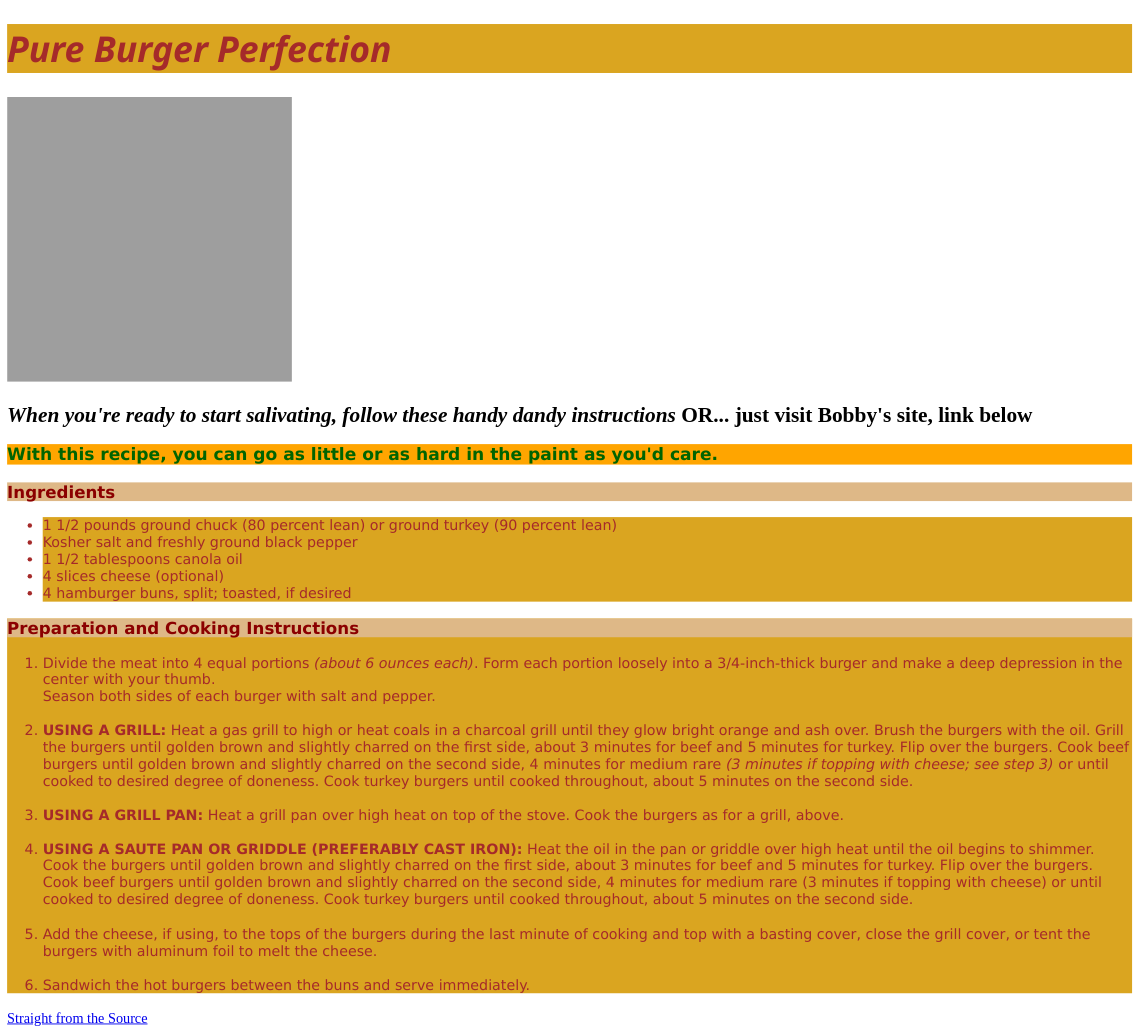
Repository: Spencertainty/practice-time
Page: member-spencer-odin-recipes/recipes/hamburgers.html
These files come from the project's save history. The page is drawn as it stood at one moment and after the next save; the edit follows.
The browser window is 1280 px wide. The pictures show the whole page, at 89% of full size.
Pictures or frames that could not be fetched are drawn as grey boxes.

Above is the page before, as saved 2024-01-10 15:54:07.

### member-spencer-odin-recipes/recipes/hamburgers.html
<!DOCTYPE html>
<!--[if lt IE 7]>      <html class="no-js lt-ie9 lt-ie8 lt-ie7"> <![endif]-->
<!--[if IE 7]>         <html class="no-js lt-ie9 lt-ie8"> <![endif]-->
<!--[if IE 8]>         <html class="no-js lt-ie9"> <![endif]-->
<!--[if gt IE 8]>      <html class="no-js"> <!--<![endif]-->
<html>
    <head>
        <meta charset="utf-8">
        <meta http-equiv="X-UA-Compatible" content="IE=edge">
        <title>hamburgers</title>
        <meta name="description" content="">
        <meta name="viewport" content="width=device-width, initial-scale=1">
        <link rel="stylesheet" href="burger.css">
    </head>

    <body>
        <!--[if lt IE 7]>
            <p class="browsehappy">You are using an <strong>outdated</strong> browser. Please <a href="#">upgrade your browser</a> to improve your experience.</p>
        <![endif]-->
        <h1><b>Pure Burger Perfection</b></h1>

<img src="../links-and-images/Cheeseburger.jpg" alt="the perfect burger" height="320" width="320">
<br>
<h2><em>When you're ready to start salivating, follow these handy dandy instructions</em> OR... just visit Bobby's site, link below</h2>
<p>With this recipe, you can go as little or as hard in the paint as you'd care.</p>
<h3>Ingredients</h3>
<ul>
    <div>
    <li>1 1/2 pounds ground chuck (80 percent lean) or ground turkey (90 percent lean) </li>
    <li>Kosher salt and freshly ground black pepper</li>
    <li>1 1/2 tablespoons canola oil</li>
    <li>4 slices cheese (optional)</li>
    <li>4 hamburger buns, split; toasted, if desired</li>
</div>
</ul>
<div>
<h3>Preparation and Cooking Instructions</h3>
<ol>
    <li>Divide the meat into 4 equal portions <em>(about 6 ounces each)</em>. Form each portion loosely into a 3/4-inch-thick burger and make a deep depression in the center with your thumb.
        <br>Season both sides of each burger with salt and pepper.</br></li>
    <p>

    </p><li><strong> USING A GRILL:</strong> Heat a gas grill to high or heat coals in a charcoal grill until they glow bright orange and ash over.
        Brush the burgers with the oil. Grill the burgers until golden brown and slightly charred on the first side, about 3 minutes for beef and 5 minutes for turkey.
        Flip over the burgers. Cook beef burgers until golden brown and slightly charred on the second side, 4 minutes for medium rare <em>(3 minutes if topping with cheese; see step 3)</em> or until cooked to desired degree of doneness.
        Cook turkey burgers until cooked throughout, about 5 minutes on the second side.</li>
    <p>    <li><b>USING A GRILL PAN:</b> Heat a grill pan over high heat on top of the stove. Cook the burgers as for a grill, above.</li></p>
    <li><strong> USING A SAUTE PAN OR GRIDDLE (PREFERABLY CAST IRON):</strong> Heat the oil in the pan or griddle over high heat until the oil begins to shimmer. Cook the burgers until golden brown and slightly charred on the first side, about 3 minutes for beef and 5 minutes for turkey.
        Flip over the burgers. Cook beef burgers until golden brown and slightly charred on the second side, 4 minutes for medium rare (3 minutes if topping with cheese) or until cooked to desired degree of doneness. Cook turkey burgers until cooked throughout, about 5 minutes on the second side.</li>
        <p><li>Add the cheese, if using, to the tops of the burgers during the last minute of cooking and top with a basting cover, close the grill cover, or tent the burgers with aluminum foil to melt the cheese.</p></li>
    <p><li>Sandwich the hot burgers between the buns and serve immediately.</li>        </p>
    </ol>
</div>
        <a href="https://www.foodnetwork.com/recipes/bobby-flay/perfect-burger-recipe-1957542" target="_blank" rel="noopener noreferrer">Straight from the Source</a>
        <script src="" async defer></script>

    </body>
</html>

### member-spencer-odin-recipes/recipes/burger.css
/* Apply Font Color to Title */

div {
    color: brown;
    background-color: goldenrod;
    text-align: left;
    font-family: Verdana, Geneva, Tahoma, sans-serif;
}

h1 {
    font-style: italic;
    font-family: 'Segoe UI', Tahoma, Geneva, Verdana, sans-serif;
    color: brown;
    font-size: 40px;
    background-color: goldenrod;
}

h2 {

}
h3 {
    font-family: 'Lucida Sans', 'Lucida Sans Regular', 'Lucida Grande', 'Lucida Sans Unicode', Geneva, Verdana, sans-serif;
    color: darkred;
    background-color: burlywood;

}

p {font-family: 'Lucida Sans', 'Lucida Sans Regular', 'Lucida Grande', 'Lucida Sans Unicode', Geneva, Verdana, sans-serif;
    color: darkgreen;
    background-color: orange;
    font-weight: bolder;
    font-size: larger;
}

After the next save:
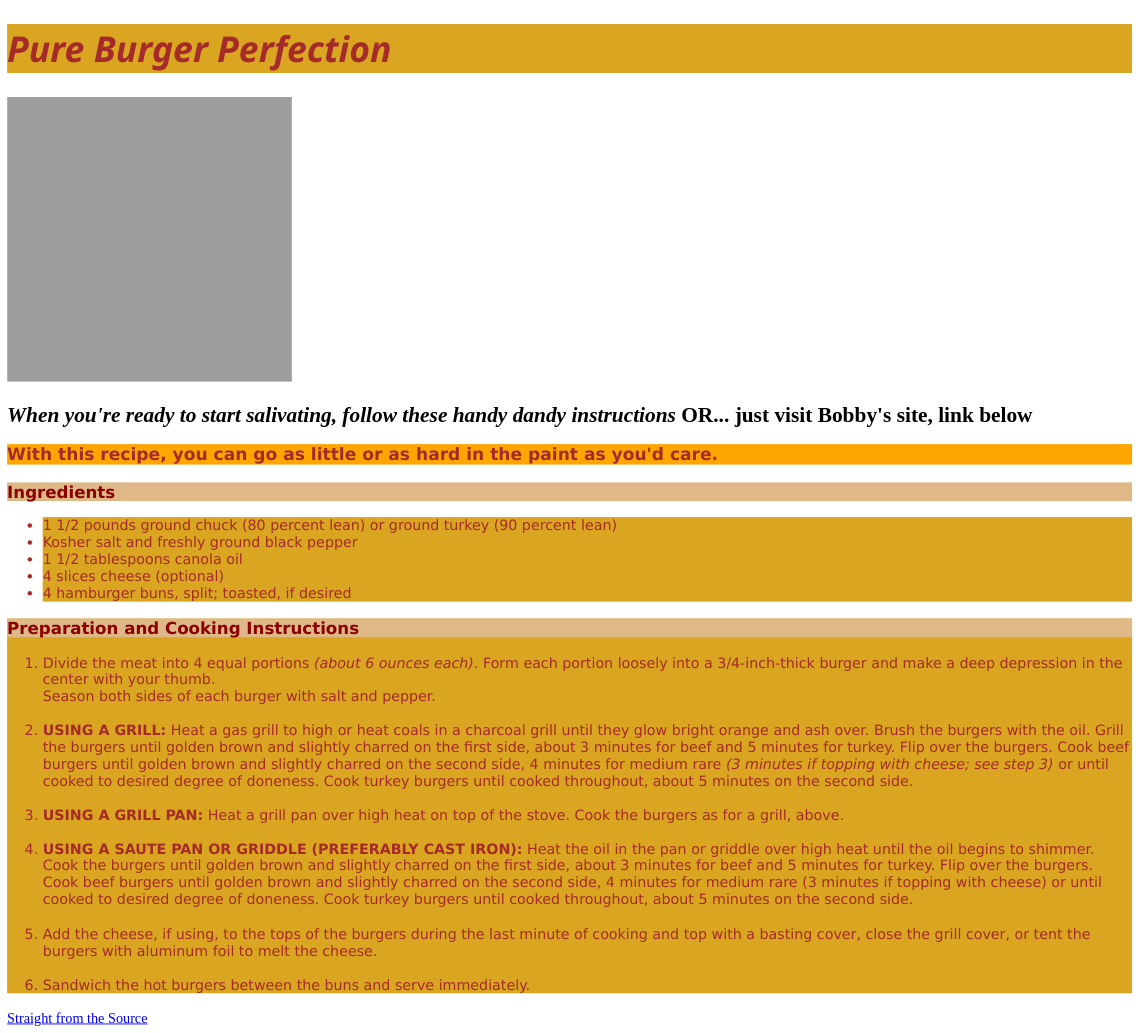
Saved 13 s later.
--- a/member-spencer-odin-recipes/recipes/burger.css
+++ b/member-spencer-odin-recipes/recipes/burger.css
@@ -26,7 +26,7 @@ h3 {
 }
 
 p {font-family: 'Lucida Sans', 'Lucida Sans Regular', 'Lucida Grande', 'Lucida Sans Unicode', Geneva, Verdana, sans-serif;
-    color: darkgreen;
+    color: brown;
     background-color: orange;
     font-weight: bolder;
     font-size: larger;
